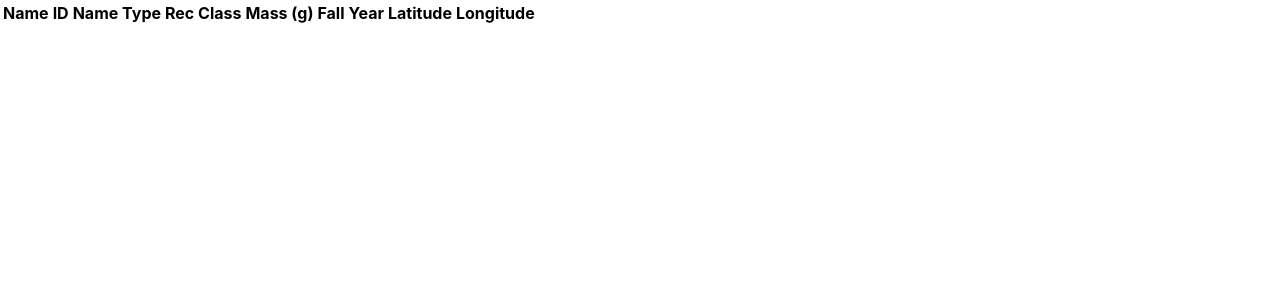
Repository: Tsardines/meteorite-explorer
Page: / (app in meteorite-explorer/)
An editor plug-in stored every save of this project. The page is shown before and after the next save, followed by the edit.
The browser window is 1280 px wide. The pictures show the whole page.
The page's requests for data from a server got no answer. The project was rebuilt for these pictures with package versions that can differ from the ones it lists, and the page was loaded fresh each time. No one was signed in, and anything a server would have sent is missing.

Above is the page before, as saved 2019-05-27 16:36:55.

### meteorite-explorer/src/App.js
import React, { Component } from 'react';
import './App.css';

// import { BootstrapTable, TableHeaderColumn } from 'react-bootstrap-table';
// import 'react-bootstrap-table-next/dist/react-bootstrap-table2.min.css';

// import Table from 'react-bootstrap/Table';

class App extends Component {
  constructor(props) {
    super(props);

  this.state = {
    items: []
  };
  this.componentWillMount = this.componentWillMount.bind(this);
}

componentWillMount() {
  fetch('https://data.nasa.gov/resource/gh4g-9sfh.json')
  .then(res => res.json())
  .then(data => {
    this.setState({ items: data });
  });
}


  render() {

    const { items } = this.state;

    return (

      <div className="wrapper">
        <table className="my-table">
          <thead>
            <th>Name</th>
            <th>ID</th>
            <th>Name Type</th>
            <th>Rec Class</th>
            <th>Mass (g)</th>
            <th>Fall</th>
            <th>Year</th>
            <th>Latitude</th>
            <th>Longitude</th>
          </thead>

          <tbody>
          { items.map((item, num) => {
            return (
              <tr>
                <td><p key={num}>{item.name}</p></td>
                <td><p key={num}>{item.id}</p></td>
                <td><p key={num}>{item.nametype}</p></td>
                <td><p key={num}>{item.recclass}</p></td>
                <td><p key={num}>{item.mass}</p></td>
                <td><p key={num}>{item.fall}</p></td>
                <td><p key={num}>{item.year}</p></td>
                <td><p key={num}>{item.reclat}</p></td>
                <td><p key={num}>{item.reclong}</p></td>
              </tr>
            )
          })}
          </tbody>
        </table>
      </div>
    )
  } // render

}

export default App;

### meteorite-explorer/src/App.css
.wrapper {
  /* background-color: aqua; */
  height: 30rem;
  overflow-y: scroll;
}

.my-table tr:nth-child(odd):hover {
  background-color: rgb(206, 206, 206);
}

/* .theader th {
  padding-right: 1rem;
} */

/* .table-main {
  background-color: bisque;
}

.table-main:nth-child(even) {
  background-color: aquamarine;
} */

Loaded but not shown: meteorite-explorer/public/index.html (common file); meteorite-explorer/src/index.js (common file); meteorite-explorer/src/index.css (common file); meteorite-explorer/src/serviceWorker.js (common file)

After the next save:
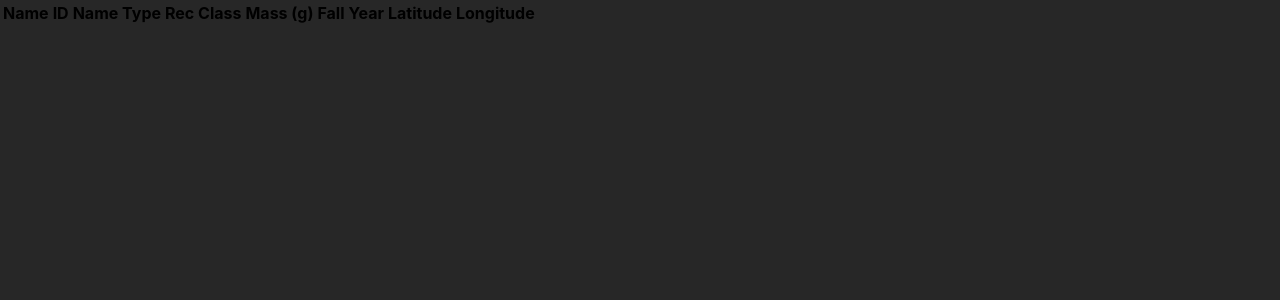
Saved 23 s later.
--- a/meteorite-explorer/src/App.css
+++ b/meteorite-explorer/src/App.css
@@ -1,3 +1,7 @@
+body {
+  background-color: rgb(39, 39, 39);
+}
+
 .wrapper {
   /* background-color: aqua; */
   height: 30rem;
